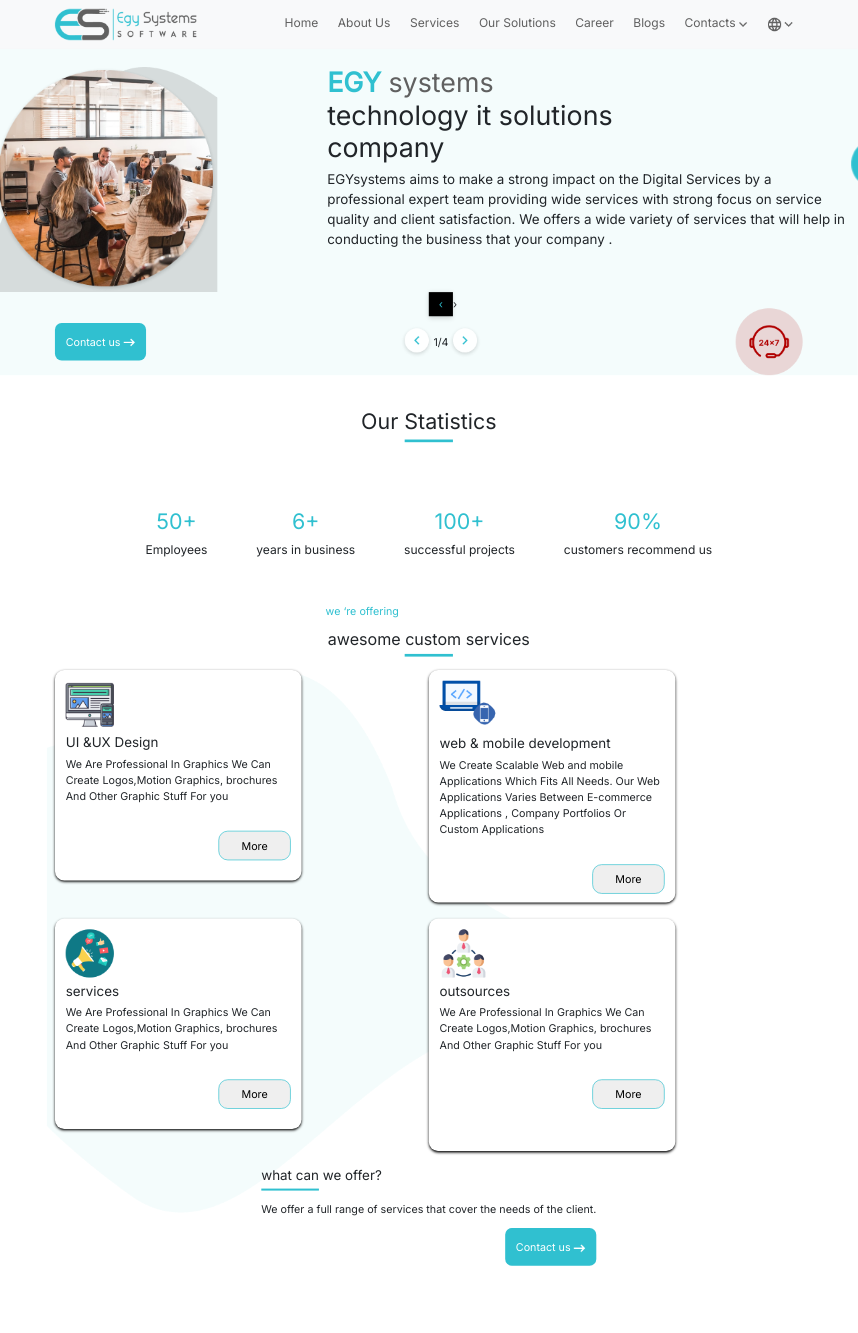
Repository: hamdyAbdelazeim/Egysystem-Home
Page: index.html
These files come from the project's save history. The page is drawn as it stood at one moment and after the next save; the edit follows.
The browser window is 1280 px wide. The pictures show the whole page, at 67% of full size.

Above is the page before, as saved 2023-07-13 17:28:12.

After the next save:
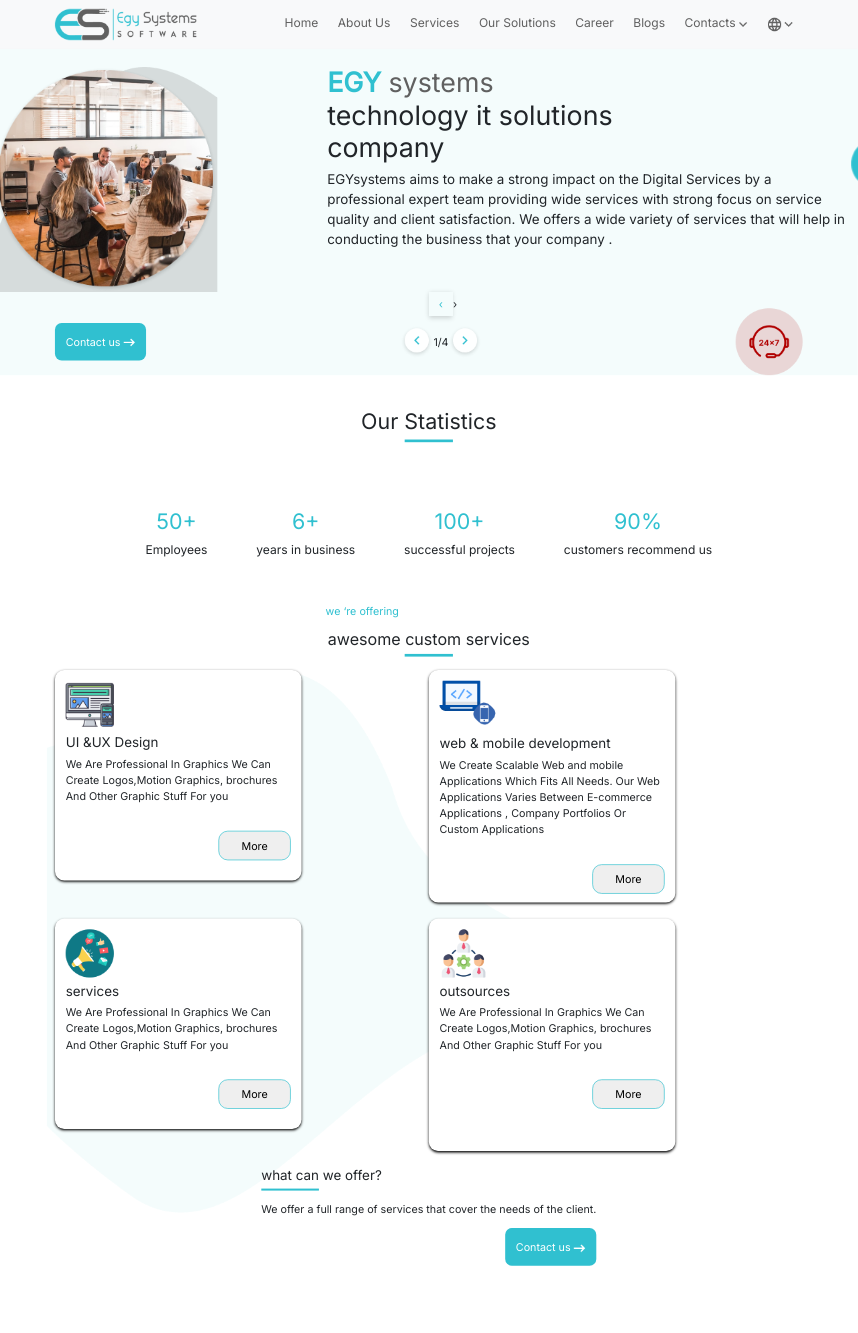
Saved 12 s later.
--- a/css/style.css
+++ b/css/style.css
@@ -200,7 +200,7 @@ body {
 .owl-prev {
   width: 36px !important;
   height: 36px !important;
-  background-color: #000000 !important;
+  background-color:  !important;
   color: var(--primary) !important;
   box-shadow: 0px 2px 7px 0px #0000002b !important;
 }
